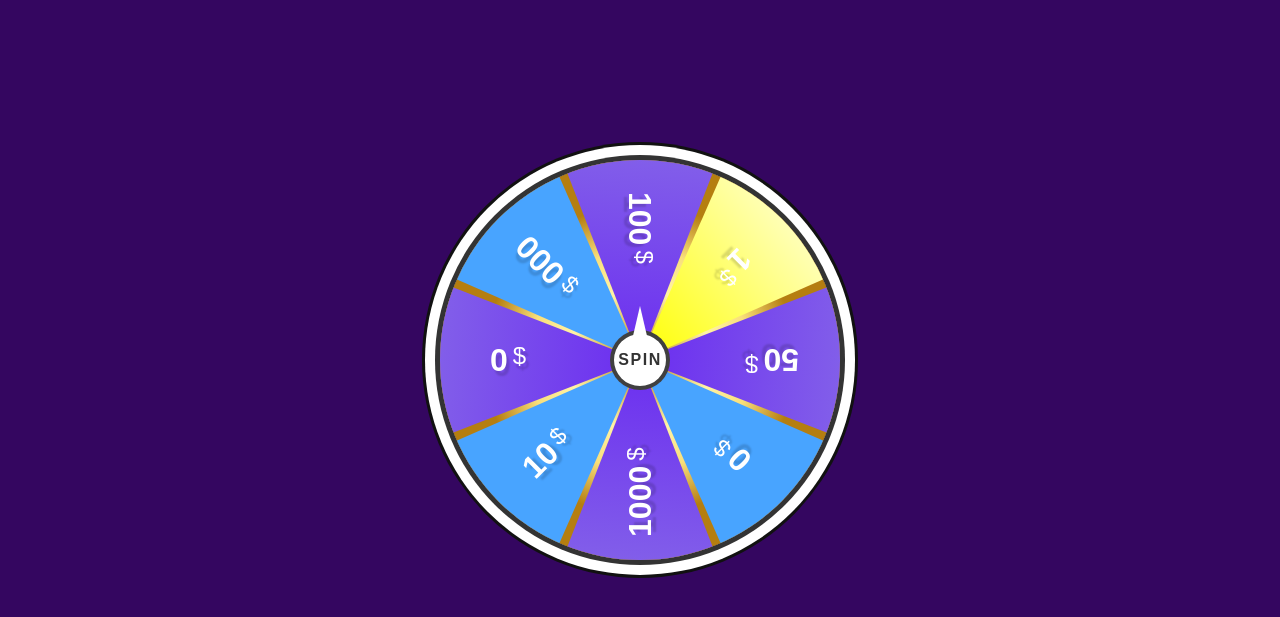
Repository: Jacques-Jaki-Morkel/FundedMarketplace_WheelofFortune
Page: index.html
The author's editor kept a copy of each file at every save. The page is drawn from the files as they stood at one save, then again after the next save.
The browser window is 1280 px wide. The pictures show the whole page.

Above is the page before, as saved 2025-08-14 12:53:23.

### index.html
<!DOCTYPE html>
<html lang="en">

<head>
    <meta charset="UTF-8">
    <meta name="viewport" content="width=device-width, initial-scale=1.0">
    <title>Wheel of Fortune - Funded Marketplace</title>
    <link rel="stylesheet" href="styles.css">
</head>

<body>
    <div class="container">
        <div class="spinBtn">
            SPIN
        </div>
        <div class="wheel">
            <div class="number" style=" --i:1 ;">
                <span>100</span>
            </div>
            <div class="number" style=" --i:2 ;--clr2: linear-gradient(var(--angle), white, yellow);">
                <span>1</span>
            </div>
            <div class="number" style=" --i:3 ;">
                <span>50</span>
            </div>
            <div class="number" style=" --i:4 ;--clr2: linear-gradient(var(--angle), #8b72e7 0%, #48a4ff 7%, #48a4ff 89%,  #3638ad 100%);">
                <span>0</span>
            </div>
            <div class="number" style=" --i:5 ;">
                <span>1000</span>
            </div>
            <div class="number" style=" --i:6 ;--clr2: linear-gradient(var(--angle), #8b72e7 0%, #48a4ff 7%, #48a4ff 89%,  #3638ad 100%);">
                <span>10</span>
            </div>
            <div class="number" style=" --i:7 ;">
                <span>0</span>
            </div>
            <div class="number" style=" --i:8 ;--clr2: linear-gradient(var(--angle), #8b72e7 0%, #48a4ff 7%, #48a4ff 89%,  #3638ad 100%);">
                <span>000</span>
            </div>
        </div>
    <div>
    <script src="script.js"></script>
</body>

</html>

### styles.css
* {
    margin: 0;
    padding: 0;
    box-sizing: border-box;
    font-family: 'Poppins', sans-serif;
}

body {
    display: flex;
    justify-content: center;
    align-items: center;
    min-height: 100vh;
    background: rgb(52, 6, 96);
}

.container {
    position: relative;
    width: 400px;
    height: 400px;
    display: flex;
    justify-content: center;
    align-items: center;
}

.container .spinBtn {
    position: absolute;
    width: 60px;
    height: 60px;
    background: #fff;
    border-radius: 50%;
    z-index: 10;
    display: flex;
    justify-content: center;
    align-items: center;
    text-transform: uppercase;
    font-weight: 600;
    color: #333;
    letter-spacing: 0.1em;
    border: 4px solid rgba(0, 0, 0, 0.75);
    cursor: pointer;
    user-select: none;
}

.container .spinBtn::before {
    content: '';
    position: absolute;
    top: -28px;
    width: 20px;
    height: 30px;
    background: #fff;
    clip-path: polygon(50% 0%, 15% 100%, 85% 100%);
}

.container .wheel {
    position: absolute;
    top: 0;
    left: 0;
    width: 100%;
    height: 100%;
    background: radial-gradient(#b57e10 0% ,#fff3a6  25%, #f9df7b 39%, #b57e10 55%);
    border-radius: 50%;
    overflow: hidden;
    box-shadow: 0 0 0 5px #333,
        0 0 0 15px #fff,
        0 0 0 18px #111;
}

.container .wheel .number {
    position: absolute;
    width: 50%;
    height: 50%;
    background:var(--clr2, linear-gradient(var(--angle), #8b72e7, #6b2df0));
    --angle: 140deg;
    transform-origin: bottom right;
    transform: rotate(calc(45deg * var(--i)));
    clip-path: polygon(0 0, 56% 0, 100% 100%, 0 56%);
    display: flex;
    justify-content: center;
    align-items: center;
    user-select: none;
    cursor: pointer;
}

.container .wheel .number span {
    position: relative;
    transform: rotate(45deg);
    color: #fff;
    font-size: 2em;
    font-weight: 700;
    text-shadow: 3px 5px 2px rgba(0, 0, 0, 0.15);
}

.container .wheel .number span::after {
    content: '$';
    padding-left: 5px;
    position: absolute;
    font-size: 0.75em;
    font-weight: 500;
}

### script.js
const wheel = document.querySelector('.wheel');
const spinButton = document.querySelector('.spinBtn');
const value = Math.ceil(Math.random() * 360);

spinButton.addEventListener('click', () => {
    const rotations = Math.max(Math.random() * 100, 15); // Ensure at least 15 full rotations
    const randomDegree = Math.floor(Math.random() * (360*rotations)) + 720; // Ensure at least two full rotations
    const finalDegree = value + randomDegree;

    wheel.style.transition = 'transform 5s ease-in-out';
    wheel.style.transform = `rotate(${finalDegree}deg)`;

//     spin styles
//     cubic-bezier(0.33, 1, 0.68, 1)
})

After the next save:
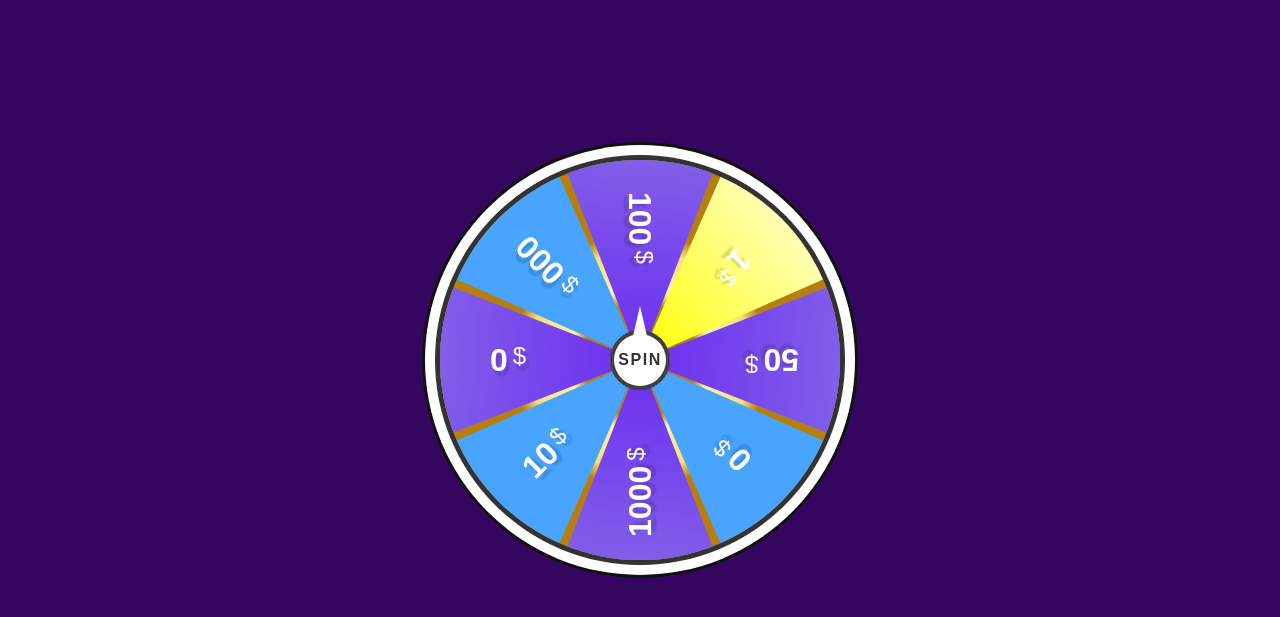
Saved 50 s later.
--- a/styles.css
+++ b/styles.css
@@ -57,7 +57,7 @@ body {
     left: 0;
     width: 100%;
     height: 100%;
-    background: radial-gradient(#b57e10 0% ,#fff3a6  25%, #f9df7b 39%, #b57e10 55%);
+    background: radial-gradient(#b57e10 20% ,#fff3a6  25%, #f9df7b 39%, #b57e10 45%);
     border-radius: 50%;
     overflow: hidden;
     box-shadow: 0 0 0 5px #333,
